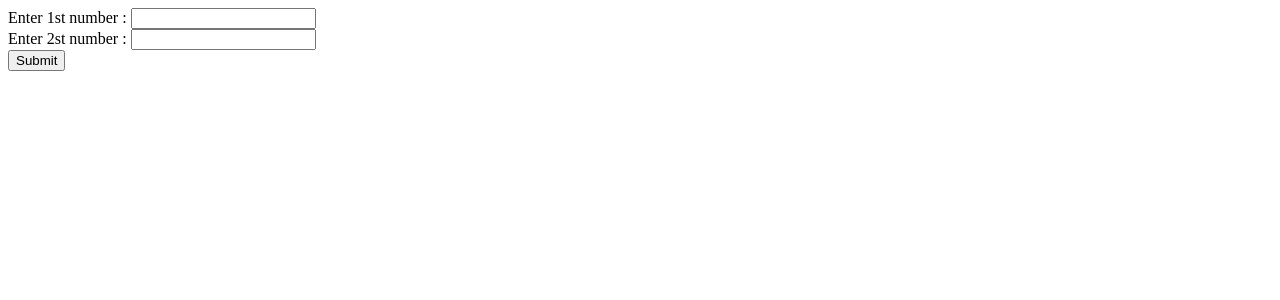
Repository: PriyankaGundawar/Servlets-examples
Page: ServletsDemo/ServletDemo/src/main/webapp/Demo1.html
The author's editor kept a copy of each file at every save. The page is drawn from the files as they stood at one save, then again after the next save.
The browser window is 1280 px wide. The pictures show the whole page.

Above is the page before, as saved 2023-04-06 21:23:39.

### ServletsDemo/ServletDemo/src/main/webapp/Demo1.html
<!DOCTYPE html>
<html>
<body>

<form action="add">

Enter 1st number : <input type="text" name="num1"><br>
Enter 2st number : <input type="text" name="num2"><br>
<input type="Submit">
</form>

</body>
</html>

After the next save:
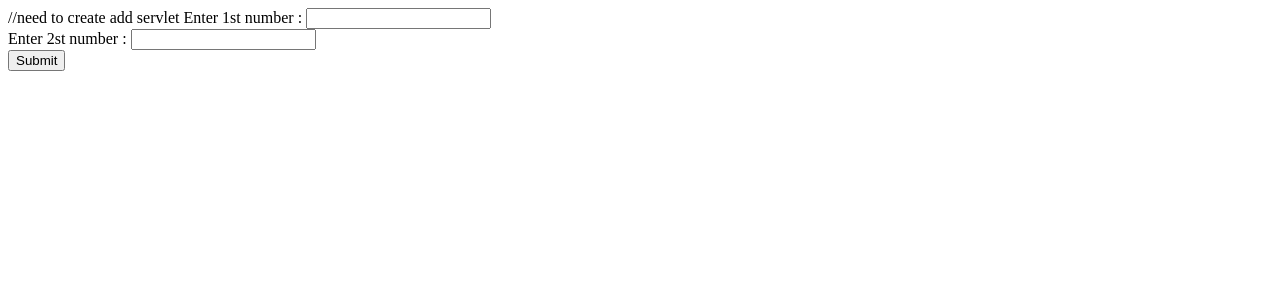
Saved 98 s later.
--- a/ServletsDemo/ServletDemo/src/main/webapp/Demo1.html
+++ b/ServletsDemo/ServletDemo/src/main/webapp/Demo1.html
@@ -2,7 +2,7 @@
 <html>
 <body>
 
-<form action="add">
+<form action="add"> //need to create add servlet
 
 Enter 1st number : <input type="text" name="num1"><br>
 Enter 2st number : <input type="text" name="num2"><br>
